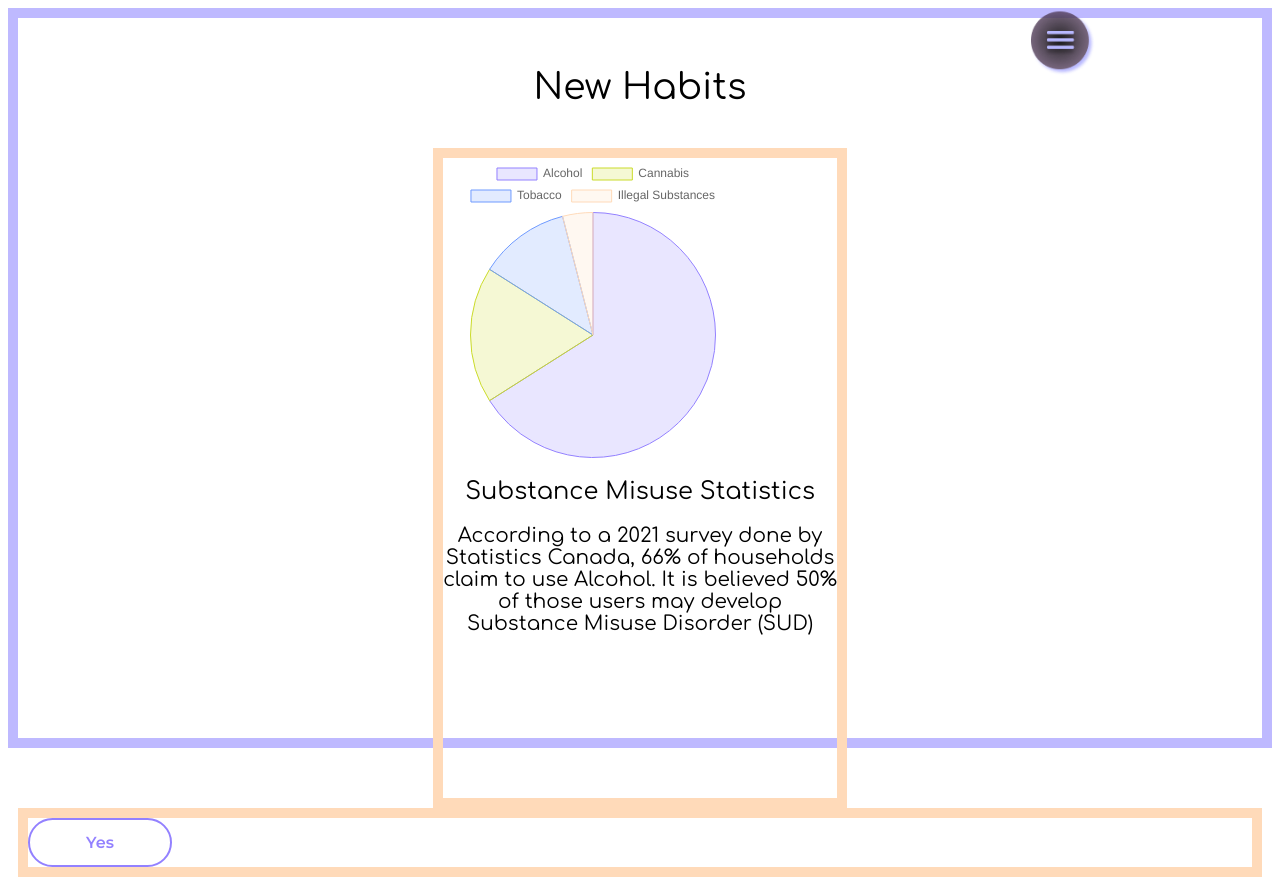
Repository: olivia-sk/MDIA-2109-2106-Big-Project
Page: /statistics3/statistics
An editor plug-in stored every save of this project. The page is shown before and after the next save, followed by the edit.
The browser window is 1280 px wide. The pictures show the whole page.
The project was rebuilt for these pictures with package versions that can differ from the ones it lists, and the page was loaded fresh each time. The framework's server and built-in components were replaced by stand-ins that run in the browser. Also part of the build but not shown: next.config.js, styles/globals.css, components/Button/Button.module.css, components/Button/index.js, components/WaterWave/Wave.module.css, components/WaterWave/index.js.

Above is the page before, as saved 2023-04-15 15:29:54.

After the next save:
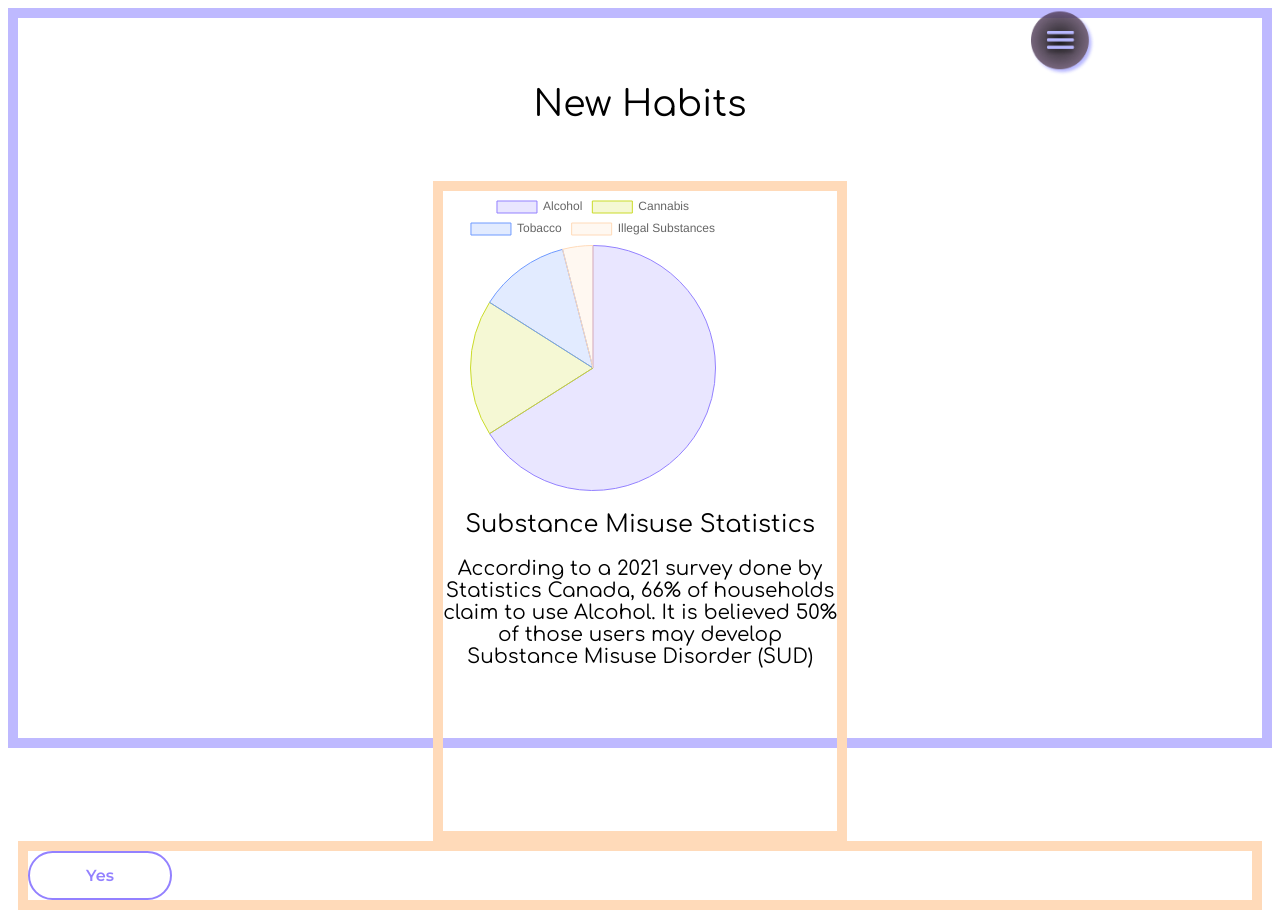
Saved 2 min 26 s later.
--- a/styles/Statistics.module.css
+++ b/styles/Statistics.module.css
@@ -11,7 +11,7 @@
 .div3 {
   grid-area:  1 / 2 / 2 / 3;
   height: 5rem;
-  padding: 6%;
+  padding: 10%;
 }
 .title {
   color: black;
